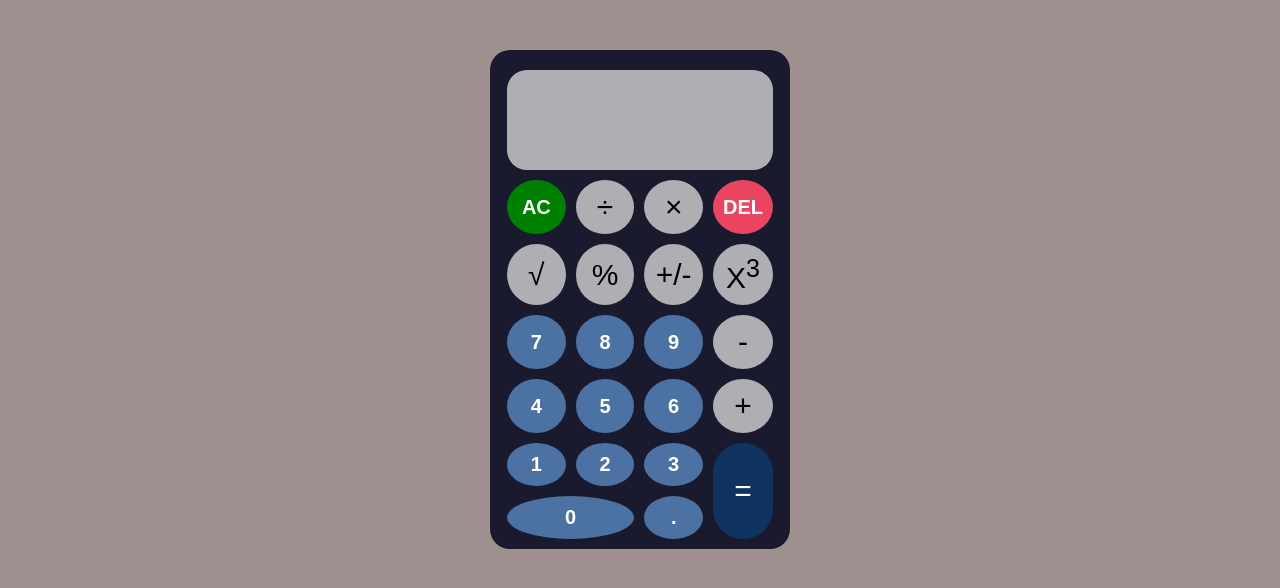
Repository: MikkyPrestige/js-calculator
Page: index.html
These files come from the project's save history. The page is drawn as it stood at one moment and after the next save; the edit follows.
The browser window is 1280 px wide. The pictures show the whole page.

Above is the page before, as saved 2023-05-08 01:52:56.

After the next save:
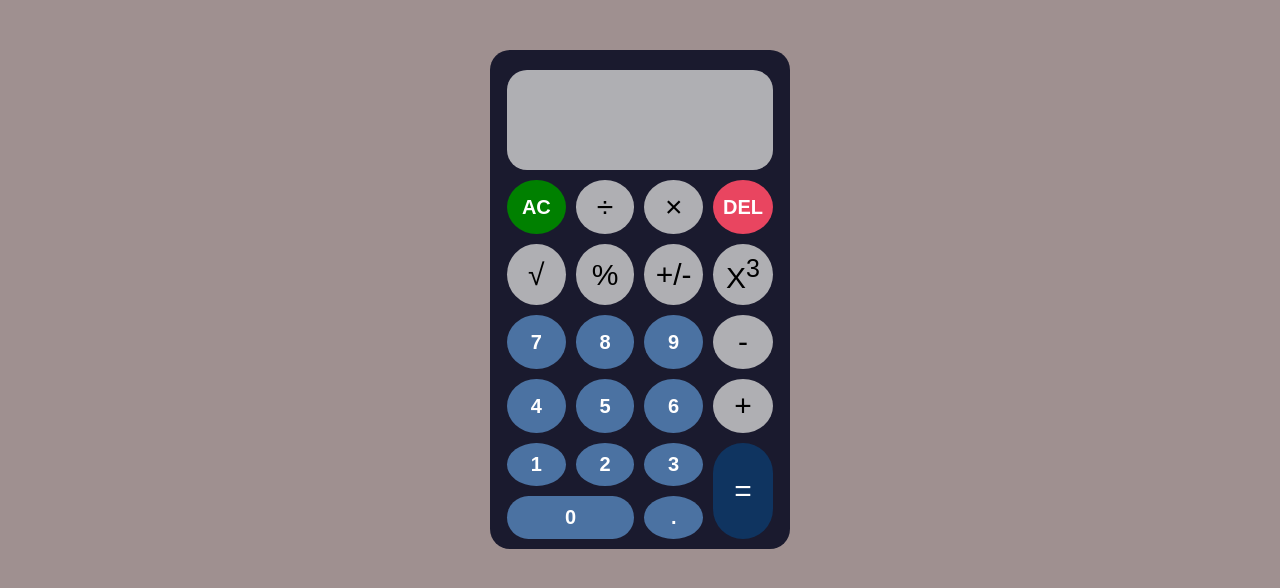
Saved 45 s later.
--- a/index.css
+++ b/index.css
@@ -200,6 +200,7 @@ main {
 
 .zero {
   grid-area: zero;
+  border-radius: 3rem;
 }
 
 .dot {
@@ -219,6 +220,6 @@ main {
 }
 
 .equalTo:hover {
-  background: #0F3460;
-  color: #FFFFFF;
-}
+  background: #ffffff;
+  color: #0F3460;
+}
